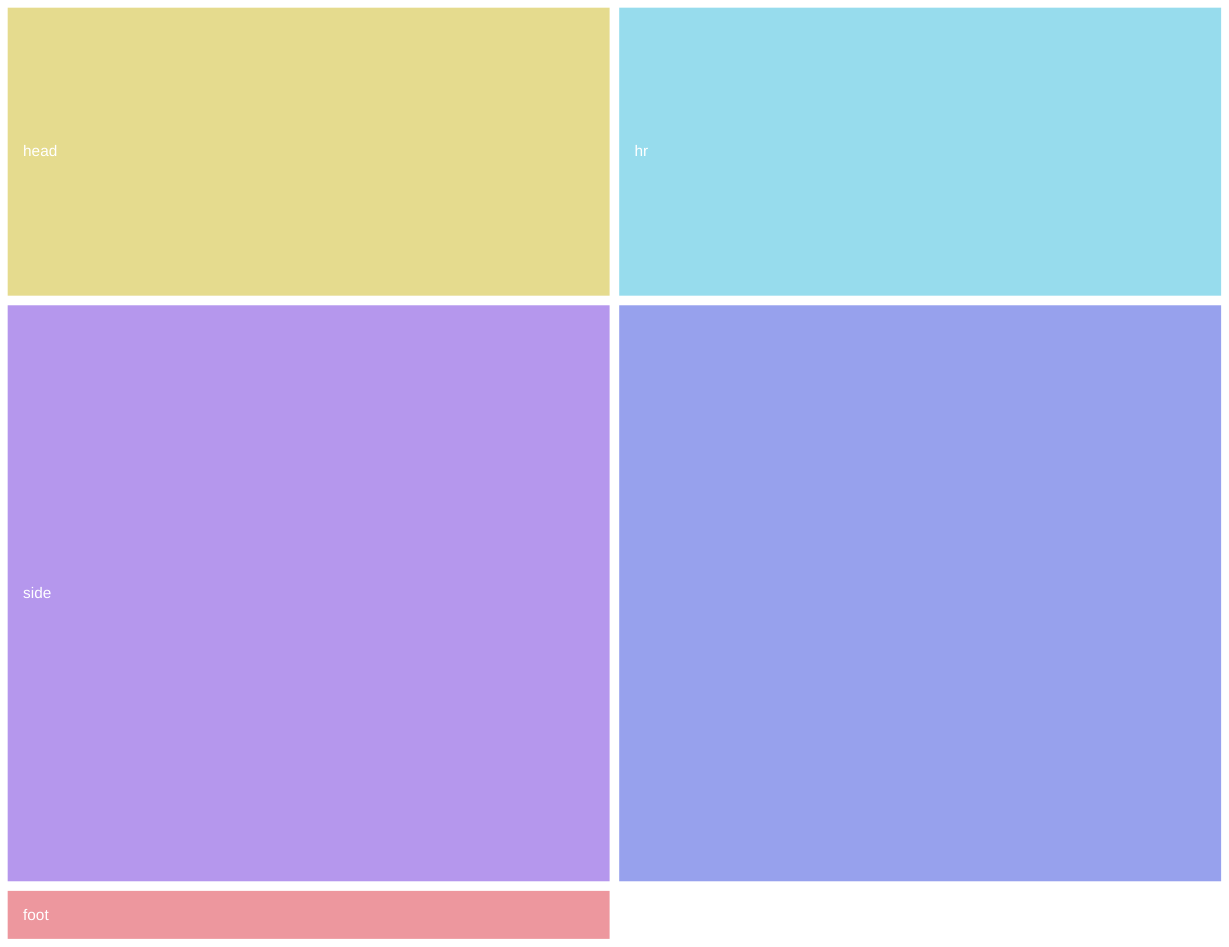
Repository: SamirIngley/html-semantic
Page: templates/grid.html
An editor plug-in stored every save of this project. The page is shown before and after the next save, followed by the edit.
The browser window is 1280 px wide. The pictures show the whole page, at 96% of full size.

Above is the page before, as saved 2020-02-06 15:33:34.

After the next save:
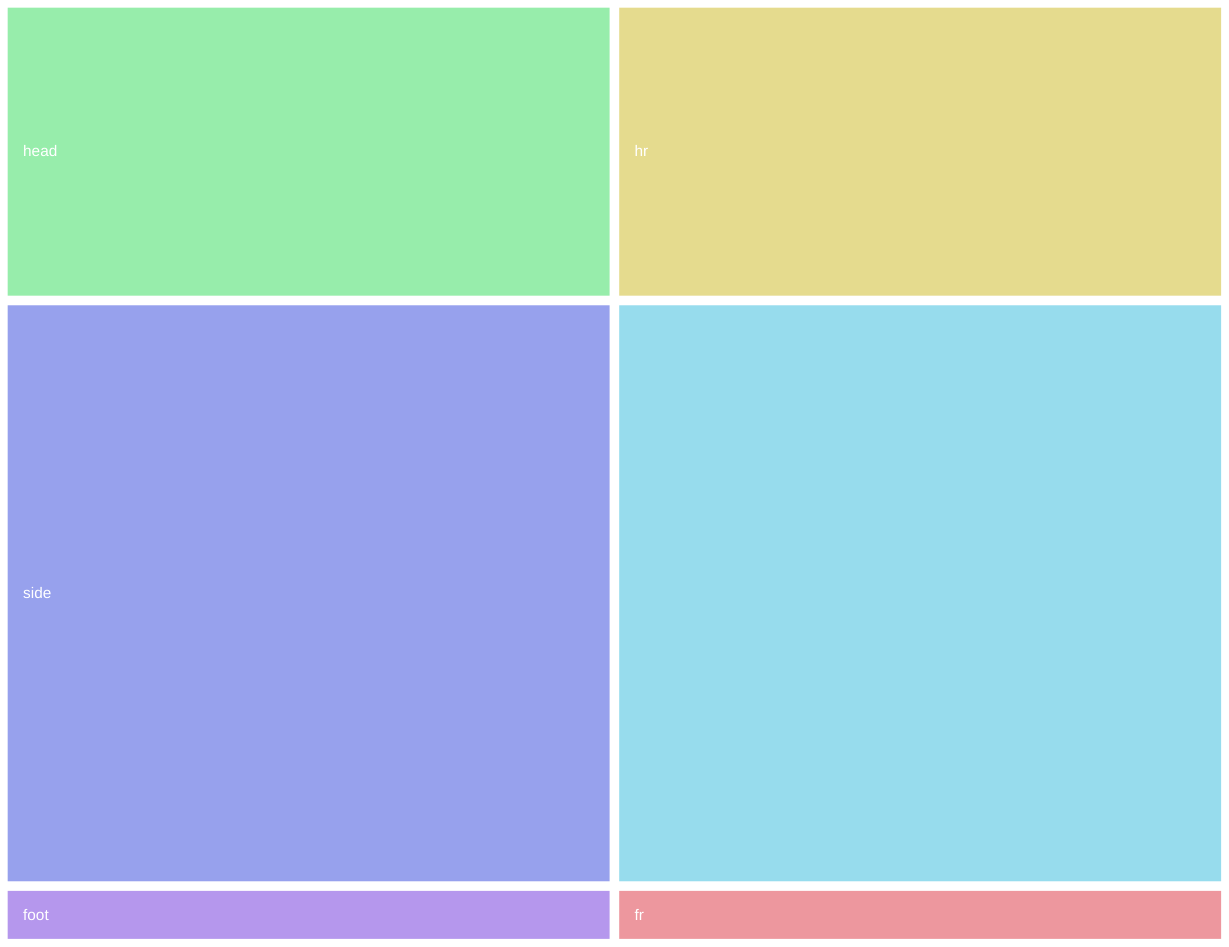
Saved 6 min 49 s later.
--- a/templates/grid.html
+++ b/templates/grid.html
@@ -4,10 +4,10 @@
  -->
 <div class="wrapper">
 
-  <meta
+  <!-- <meta
     name="viewport"
     content= ‘width=device-width, initial-scale=1.0, maximum-scale=1.0’
-  />
+  /> -->
 
   <div class="header">
     <div>head</div>

After the save that followed:
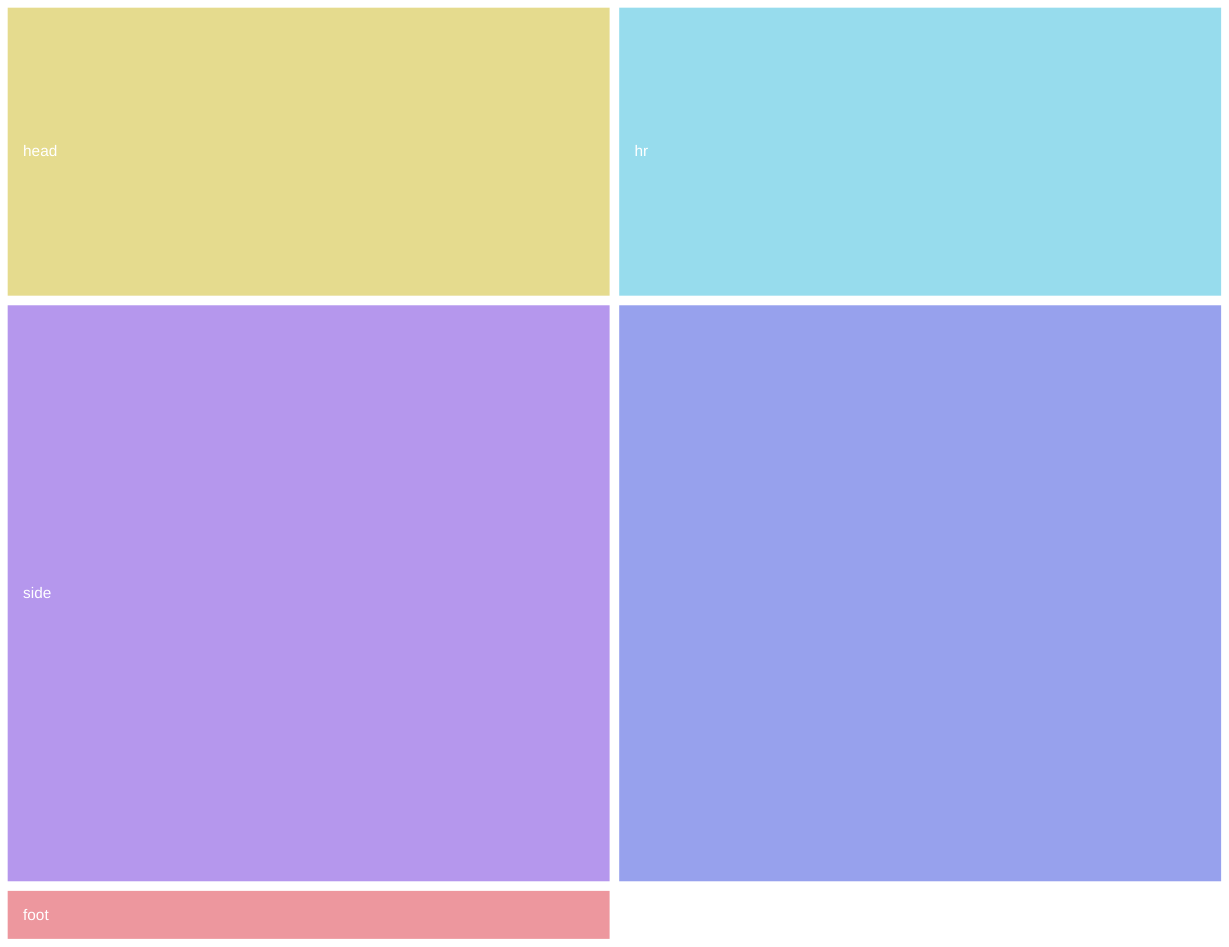
Saved 23 s later.
--- a/templates/grid.html
+++ b/templates/grid.html
@@ -4,10 +4,10 @@
  -->
 <div class="wrapper">
 
-  <!-- <meta
-    name="viewport"
-    content= ‘width=device-width, initial-scale=1.0, maximum-scale=1.0’
-  /> -->
+  <meta
+  name="viewport"
+  content= ‘width=device-width, initial-scale=1.0, maximum-scale=1.0’
+  />
 
   <div class="header">
     <div>head</div>
